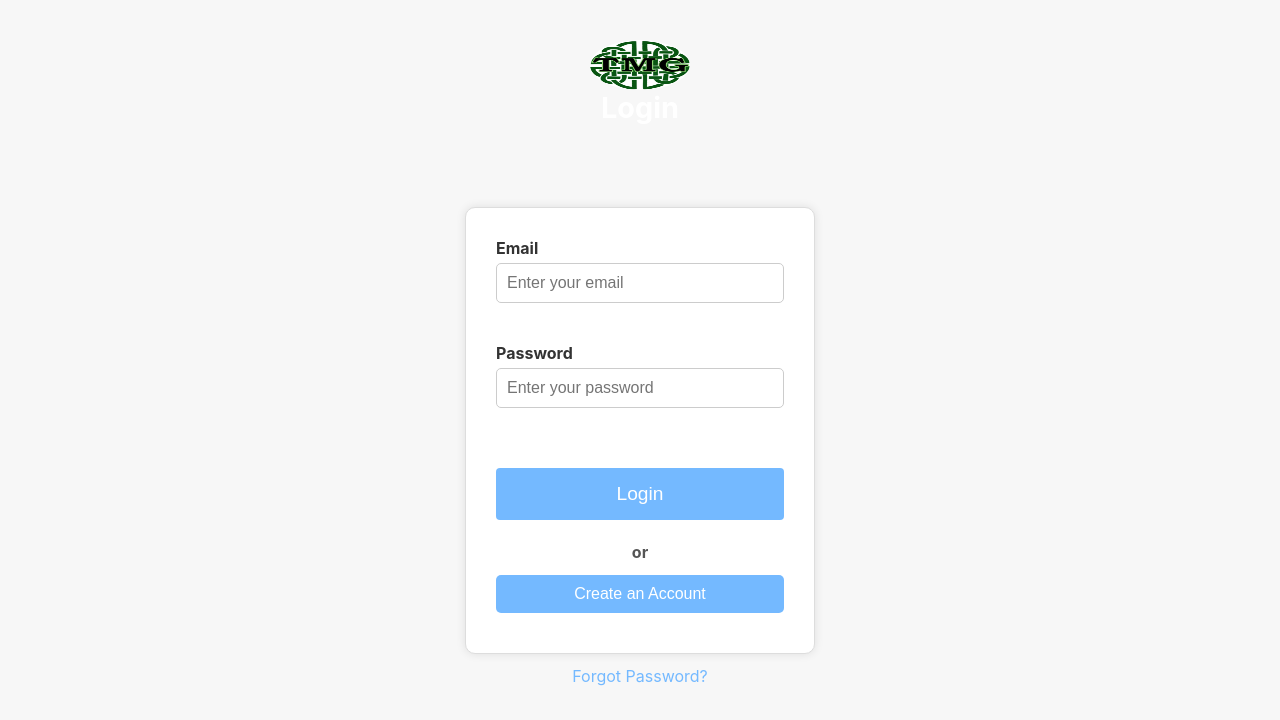
Repository: MachaGroup/MachaGroupIntegration
Page: /
An editor plug-in stored every save of this project. The page is shown before and after the next save, followed by the edit.
The browser window is 1280 px wide. The pictures show the whole page.
The project was rebuilt for these pictures with package versions that can differ from the ones it lists, and the page was loaded fresh each time. Also part of the build but not shown: src/Screens/FormInputPage.js, src/Screens/MainScreen.css, src/Screens/MainScreen.js, src/Screens/AboutUs.js, src/Screens/FAQ.js, src/firebaseConfig.js, src/Screens/ContactUs.js, src/Screens/Settings.css and 305 more.

Above is the page before, as saved 2024-12-02 16:40:51.

### public/index.html
<!DOCTYPE html>
<html lang="en">
  <head>
    <meta charset="utf-8" />
    <link rel="icon" href="%PUBLIC_URL%/MachaLogo.png" />
    <meta name="viewport" content="width=device-width, initial-scale=1" />
    <meta name="theme-color" content="#000000" />
    <meta
      name="description"
      content="Web site created using create-react-app"
    />
    <link rel="apple-touch-icon" href="%PUBLIC_URL%/logo192.png" />
    <!--
      manifest.json provides metadata used when your web app is installed on a
      user's mobile device or desktop. See https://developers.google.com/web/fundamentals/web-app-manifest/
    -->
    <link rel="manifest" href="%PUBLIC_URL%/manifest.json" />
    <!--
      Notice the use of %PUBLIC_URL% in the tags above.
      It will be replaced with the URL of the `public` folder during the build.
      Only files inside the `public` folder can be referenced from the HTML.

      Unlike "/favicon.ico" or "favicon.ico", "%PUBLIC_URL%/favicon.ico" will
      work correctly both with client-side routing and a non-root public URL.
      Learn how to configure a non-root public URL by running `npm run build`.
    -->
    <title>Macha Group Web App</title>
  </head>
  <body>
    <noscript>You need to enable JavaScript to run this app.</noscript>
    <div id="root"></div>
    <!--
      This HTML file is a template.
      If you open it directly in the browser, you will see an empty page.

      You can add webfonts, meta tags, or analytics to this file.
      The build step will place the bundled scripts into the <body> tag.

      To begin the development, run `npm start` or `yarn start`.
      To create a production bundle, use `npm run build` or `yarn build`.
    -->
  </body>
</html>

### src/Screens/Login.css
/* Main container styling */
h1 {
  padding-bottom: 15px;
}

.logo{
  width: 300px;  /* Adjust size as needed */
  margin-bottom: 15px;  /* Spacing below the logo */
}
.login-container {
  display: flex;
  flex-direction: column;
  align-items: center;
  justify-content: center;
  height: 100vh;
  background-color: #f7f7f7;
  padding: 20px;
}
.password-container {
  position: relative;
  display: flex;
  align-items: center;
}

.password-container input {
  width: 100%;
  padding-right: 30px; /* Space for the eye icon */
}

.password-toggle {
  position: absolute;
  right: 10px;
  cursor: pointer;
  font-size: 1.2em;
  display: flex;
  align-items: center; /* Ensures icon centers vertically */
  height: 100%; /* Matches the height of the input for better alignment */
}


/* Form container */
form {
  display: flex;
  flex-direction: column;
  width: 350px; /* Increased width */
  background-color: #fff;
  padding: 30px; /* Increased padding */
  border: 1px solid #ddd;
  border-radius: 10px;
  box-shadow: 0 0 10px rgba(0, 0, 0, 0.1);
}

/* Form group */
.form-group {
  margin-bottom: 15px;
}

.form-group label {
  display: block;
  margin-bottom: 5px;
  color: #333;
}

.form-group input {
  width: 100%;
  padding: 10px;
  border: 1px solid #ccc;
  border-radius: 5px;
}

/* Button styling */
button {
  width: 100%;
  padding: 10px;
  background-color: #74b9ff;
  color: white;
  border: none;
  border-radius: 5px;
  cursor: pointer;
  font-size: 1em;
  margin-bottom: 10px; /* Spacing between buttons */
}

button:hover {
  background-color: #1b578c;
}

/* "or" text styling */
.or-text {
  text-align: center;
  color: #555;
  margin: 10px 0; /* Spacing between buttons */
  font-weight: bold;
}

/* Link and paragraph styling */
p {
  margin-top: 15px;
  color: #555;
  text-align: center;
}

a {
  color: #74b9ff;
  text-decoration: none;
}

a:hover {
  text-decoration: underline;
}

### src/Screens/FormInputPage.css
/* General Layout */
.form-page {
  display: flex;
  flex-direction: column;
  align-items: center;
  justify-content: flex-start;
  background-color: #f0f0f0;
  min-height: 100vh;
  padding: 20px;
  box-sizing: border-box;
}

/* Header Styling */
.header {
  display: flex;
  flex-direction: column;
  align-items: center;
  margin-bottom: 10px;
}

h1 {
  font-size: 2em;
  color: #333;
}

.logo {
  width: 50px;
  height: 50px;
  margin-top: 10px;
}

/* Back Button Styling */
.back-button-container {
  align-self: flex-start;
  margin-bottom: 20px;
}

.back-button {
  background: none;
  border: none;
  font-size: 2em;
  cursor: pointer;
  color: #333;
}

/* Form Container Styling */
.form-container {
  background-color: white;
  padding: 30px;
  border-radius: 8px;
  box-shadow: 0 4px 8px rgba(0, 0, 0, 0.1);
  width: 70%; /* Expanded to fit more screen width */
  max-width: 900px; /* Cap the width on large screens */
  box-sizing: border-box;
}

/* Form Sections */
.form-section {
  display: flex;
  flex-direction: column; /* Stack label above button */
  align-items: center; /* Center both the label and button */
  margin-bottom: 15px;
  width: 100%; /* Make sure the button takes the full container width */
}

.form-section label {
  font-size: 1em;
  color: #333;
  margin-bottom: 10px; /* Add space between the label and button */
  text-align: center; /* Center the label */
  width: 100%; /* Make the label take the full width */
}

/* Form Button Styling - Same as Save/Submit Buttons */
.form-button {
  width: 100%; /* Full width to match Save/Submit buttons */
  padding: 15px;
  background-color: #74b9ff; /* Matches Save/Submit buttons */
  color: white;
  border: none;
  border-radius: 4px;
  cursor: pointer;
  font-size: 1em;
  transition: background-color 0.3s ease;
}

.form-button:hover {
  background-color: #0984e3; /* Hover color */
}

/* Save Button Styling */
.save-button {
  width: 100%;
  padding: 15px;
  background-color: #74b9ff;
  color: white;
  border: none;
  border-radius: 4px;
  cursor: pointer;
  font-size: 1em;
  margin-top: 15px;
}

.save-button:hover {
  background-color: #0984e3;
}

/* Submit Button Styling */
.submit-button {
  width: 100%;
  padding: 15px;
  background-color: #74b9ff;
  color: white;
  border: none;
  border-radius: 4px;
  cursor: pointer;
  font-size: 1em;
  margin-top: 15px;
}

.submit-button:hover {
  background-color: #0984e3;
}

### src/Screens/AboutUs.css
/* General Page Styling */
.about-page {
    background-color: white; /* Set the background color to white */
    min-height: 100vh;
    padding: 20px;
    box-sizing: border-box;
  }

  /* Header Styling */
  .header {
    display: flex;
    justify-content: space-between; /* Align title to the left, logo to the right */
    align-items: center;
    width: 100%;
    padding: 20px;
    background-color: #b0d3e6;
    border-bottom: 1px solid #ddd;
  }

  .title {
    font-size: 2em;
    color: #333;
    margin: 0;
  }

  .logo {
    width: 100px;
    height: 100px;
    border-radius: 50%;
  }


  /* About Container Styling */
  .about-container {
    background-color: white;
    padding: 20px;
    border-radius: 10px;
    box-shadow: 0px 4px 10px rgba(0, 0, 0, 0.1);
    width: 100%;
    max-width: 800px;
    margin: 20px auto; /* Center the about section */
  }

  .back-button {
    margin-top: 20px; /* Add space between header and back button */
    background: none;
    border: none;
    font-size: 2em;
    cursor: pointer;
    color: #333;
    padding: 5px 10px;
    text-align: left; /* Align button to the left */
    padding-left: 20px; /* Add padding to the left */
  }

  h2 {
    text-align: center;
    margin-bottom: 20px;
    color: #333;
  }

  .about-content h3 {
    margin-top: 15px;
    color: #333;
  }

  ul {
    list-style-type: none;
    padding-left: 0;
  }

  ul li {
    margin: 5px 0;
  }

  p {
    margin: 10px 0;
    color: #333;
    line-height: 1.6;
  }

  strong {
    font-weight: bold;
  }

### src/Screens/FAQ.css
/* Reset all elements to remove any padding or margin affecting layout */
* {
    margin: 0;
    padding: 0;
    box-sizing: border-box;
  }

  /* General styling for body and html */
  body, html {
    width: 100%;
    height: 100%;
    margin: 0;
    padding: 0;
    overflow-x: hidden; /* Prevent horizontal scrollbars */
  }

  /* Full-width Header Styling */
  .header {
    display: flex;
    justify-content: space-between; /* Align title to the left, logo to the right */
    align-items: center;
    width: 100%; /* Ensure full width across the screen */
    padding: 15px; /* Padding inside the header */
    background-color: #b0d3e6; /* Light blue background */
    box-sizing: border-box;
    margin: 0 auto; /* Center the header, just in case */
  }

  /* Title Styling */
  .title {
    font-size: 2em;
    color: #333;
    text-align: left;
    flex-grow: 1; /* Allow title to take the available space */
  }

  /* Logo Styling */
  .logo {
    width: 60px;
    height: 60px;
    border-radius: 50%;
  }

  /* Back Button Styling */
  .back-button {
    background: none;
    border: none;
    font-size: 1.8em;
    cursor: pointer;
    color: #333;
  }

  /* Responsive Container for FAQ */
  .faq-container {
    background-color: white;
    padding: 20px;
    border-radius: 10px;
    box-shadow: 0px 4px 10px rgba(0, 0, 0, 0.1);
    width: 90%; /* Take up most of the screen, but not the full width */
    max-width: 1000px; /* Limit max width for larger screens */
    margin: 20px auto;
    text-align: center;
  }

  /* Input Container Styling */
  .input-container {
    width: 100%;
    max-width: 1000px;
    margin: 20px auto;
    padding: 0 10px;
  }

  .question-input {
    width: 100%;
    height: 200px;
    padding: 15px;
    font-size: 1em;
    border: 1px solid #ccc;
    border-radius: 5px;
    box-sizing: border-box;
    resize: vertical;
  }

  /* Responsive Header Styling */
  @media (max-width: 768px) {
    .header {
      padding: 10px;
    }

    .title {
      font-size: 1.5em;
    }

    .logo {
      width: 40px;
      height: 40px;
    }

    .back-button {
      font-size: 1.5em;
    }

    .faq-container {
      width: 95%; /* Adjust for small screens */
    }
  }

  @media (min-width: 769px) {
    .header {
      padding: 20px; /* Increase padding for desktop */
    }

    .title {
      font-size: 2.5em;
    }

    .logo {
      width: 70px;
      height: 70px; /* Larger logo for desktop */
    }

    .back-button {
      font-size: 2em;
    }
  }

### src/Screens/ContactUs.css
/* General Page Styling */
.contact-us-page {
    background-color: white;
    min-height: 100vh;
    padding: 20px;
    box-sizing: border-box;
    display: flex;
    flex-direction: column;
    align-items: center; /* Center content horizontally */
  }

  /* Header Styling */
  .header {
    display: flex;
    justify-content: space-between;
    align-items: center;
    background-color: #b0d3e6;
    padding: 10px;
    width: 100%;
    max-width: 800px; /* Ensure the header stays within the container width */
    box-sizing: border-box;
  }

  /* Back Button Styling */
  .back-button {
    background: none;
    border: none;
    font-size: 2em;
    cursor: pointer;
    color: #333;
  }

  /* Title Styling */
  .title {
    font-size: 1.8em;
    color: #333;
    margin: 0;
  }

  /* Logo Styling */
  .logo {
    width: 100px;
    height: 100px;
    border-radius: 50%;
  }

  /* Form Container */
  .form-container {
    background-color: white;
    padding: 20px;
    border-radius: 10px;
    box-shadow: 0px 4px 10px rgba(0, 0, 0, 0.1);
    width: 100%;
    max-width: 800px;
    box-sizing: border-box;
    display: flex;
    flex-direction: column;
    align-items: center; /* Center the form fields */
  }

  /* Form Styling */
  .contact-form {
    width: 100%; /* Form takes up full container width */
    display: flex;
    flex-direction: column;
    align-items: center; /* Center form fields horizontally */
  }

  .form-row {
    width: 100%; /* Make sure each row takes up the full width */
    display: flex;
    justify-content: space-between;
    margin-bottom: 15px;
  }

  .form-row input,
  .form-row textarea {
    width: 100%; /* Full width for inputs */
    padding: 10px;
    font-size: 1em;
    border: 1px solid #ccc;
    border-radius: 5px;
    box-sizing: border-box;
  }

  .form-row input {
    margin-bottom: 10px; /* Add space between input fields */
  }

  textarea {
    resize: none;
  }

  /* File Upload Styling */
  .file-upload {
    display: flex;
    justify-content: center; /* Center the upload label */
    align-items: center;
    width: 100%;
    margin-left: 10px;
  }

  .file-upload input[type="file"] {
    display: none;
  }

  .file-upload label {
    display: inline-block;
    padding: 10px 20px;
    background-color: #74b9ff;
    color: white;
    border-radius: 5px;
    cursor: pointer;
    transition: background-color 0.3s;
  }

  .file-upload label:hover {
    background-color: #0984e3;
  }

  /* Submit Button Styling */
  .submit-button {
    background-color: #74b9ff;
    color: white;
    padding: 10px;
    border: none;
    border-radius: 5px;
    cursor: pointer;
    font-size: 1.2em;
    margin-top: 15px;
    transition: background-color 0.3s;
  }

  .submit-button:hover {
    background-color: #0984e3;
  }

### src/Screens/Pricing.css
/* General Reset */
* {
    margin: 0;
    padding: 0;
    box-sizing: border-box;
  }

  /* Container */
  .pricing-container {
    width: 100%;
    text-align: center;
    padding: 20px;
  }

  /* Header */
  .header {
    display: flex;
    justify-content: space-between;
    align-items: center;
    padding: 15px;
    background-color: #b0d3e6;
  }

  .title {
    font-size: 2em;
    color: #333;
  }

  .logo {
    width: 100px;
    height: 100px;
  }

  .back-button {
    background: none;
    border: none;
    font-size: 1.8em;
    cursor: pointer;
    color: #333;
  }

  /* Pricing Plans */
  .pricing-plans {
    display: flex;
    justify-content: space-between;
    margin: 20px 0;
    flex-wrap: wrap;
  }

  .pricing-card {
    background-color: #f0f4f8;
    padding: 20px;
    width: 30%;
    border-radius: 10px;
    box-shadow: 0px 4px 8px rgba(0, 0, 0, 0.1);
    text-align: center;
  }

  .pricing-card h2 {
    font-size: 1.5em;
    margin-bottom: 10px;
  }

  .pricing-card h3 {
    font-size: 2em;
    margin-bottom: 10px;
  }

  .pricing-card ul {
    list-style: none;
    margin-bottom: 10px;
  }

  .pricing-card ul li {
    font-size: 1em;
    margin-bottom: 5px;
  }

  .get-started {
    background-color: #4CAF50;
    color: white;
    padding: 10px 15px;
    border: none;
    border-radius: 5px;
    cursor: pointer;
    transition: background-color 0.3s;
  }

  .get-started:hover {
    background-color: #45a049;
  }

  /* Comparison Table */
  .comparison-table {
    margin: 20px 0;
    overflow-x: auto; /* Add horizontal scrolling on small screens */
  }

  table {
    width: 100%;
    border-collapse: collapse;
    table-layout: fixed; /* Ensure table columns have equal width */
  }

  th, td {
    padding: 15px;
    border: 1px solid #ddd;
    text-align: center;
    white-space: nowrap; /* Prevent text from wrapping in table cells */
  }

  th {
    background-color: #f0f4f8;
    font-weight: bold;
  }

  td {
    background-color: #ffffff;
  }

  table th, table td {
    min-width: 120px; /* Set a minimum width for each column */
  }

  @media (max-width: 768px) {
    .pricing-plans {
      flex-direction: column; /* Stack plans vertically on small screens */
    }

    .pricing-card {
      width: 100%; /* Make pricing cards take full width on mobile */
      margin-bottom: 20px;
    }
  }

### src/Screens/SurveillanceSystems.css
/* General Layout */
.form-page {
  display: flex;
  flex-direction: column;
  align-items: center;
  justify-content: flex-start;
  background-color: #f7f7f7;
  min-height: 100vh;
  padding: 20px;
  box-sizing: border-box;
  font-family: Arial, sans-serif;
}

/* Header Styling */
.header {
  display: flex;
  flex-direction: column;
  align-items: center;
  margin-bottom: 20px;
}

h1 {
  font-size: 2em;
  color: #333;
  text-align: center;
}

.logo {
  width: 50px;
  height: 50px;
  margin-top: 10px;
}

/* Form Container Styling */
.form-container {
  background-color: white;
  padding: 30px;
  border-radius: 8px;
  box-shadow: 0 4px 8px rgba(0, 0, 0, 0.1);
  width: 100%;
  max-width: 900px;
  box-sizing: border-box;
  margin-bottom: 20px;
}

h2 {
  font-size: 1.5em;
  color: #333;
  margin-bottom: 15px;
}

label {
  display: block;
  font-size: 1em;
  color: #333;
  margin-bottom: 5px;
  text-align: left;
}

/* Increased spacing between form sections */
.form-section {
  margin-bottom: 30px; /* Increased space between questions */
  display: flex;
  flex-direction: column;
  align-items: center; /* Center the inputs */
  text-align: left;
}

/* Input Fields Styling */
input[type="text"],
textarea,
input[type="radio"] {
  display: block;
  width: 100%;
  padding: 12px; /* Increased padding for inputs */
  font-size: 1em;
  border: 1px solid #ccc;
  border-radius: 4px;
  margin-top: 10px; /* Added margin to ensure space from question text */
  margin-bottom: 20px; /* Add space below the input fields */
  box-sizing: border-box;
  max-width: 600px; /* Limit the width of the input fields */
}

textarea {
  resize: vertical;
  height: 100px;
}

input[type="radio"] {
  width: auto;
  margin-right: 10px;
}

/* Align radio buttons and labels horizontally */
.form-section div {
  display: flex;
  align-items: center;
  justify-content: flex-start;
}

.form-section div input[type="radio"] {
  margin-right: 5px;
}

.form-section div label {
  margin-right: 15px;
}

/* Form Button Styling */
.form-button {
  padding: 10px 20px;
  background-color: #74b9ff;
  color: white;
  border: none;
  border-radius: 4px;
  cursor: pointer;
  font-size: 1em;
  transition: background-color 0.3s ease;
}

.form-button:hover {
  background-color: #1b578c;
}

/* Submit Button Styling */
button[type="submit"] {
  width: 100%;
  padding: 15px;
  background-color: #74b9ff;
  color: white;
  border: none;
  border-radius: 4px;
  cursor: pointer;
  font-size: 1.2em;
  margin-top: 20px;
}

button[type="submit"]:hover {
  background-color: #1b578c;
}

/* Back Button Styling */
.back-button {
  background: none;
  border: none;
  font-size: 1.5em;
  cursor: pointer;
  color: #333;
  margin-bottom: 20px;
}

.back-button:hover {
  color: #0984e3;
}

/* Spacing between lines and after input fields */
.form-section + .form-section {
  margin-top: 10px; /* Add space between questions */
}

input,
textarea {
  margin-bottom: 20px; /* Space between input areas and the words after them */
}

/* Responsiveness */
@media (max-width: 768px) {
  .form-container {
    width: 90%;
    padding: 20px;
  }

  h1 {
    font-size: 1.5em;
  }

  h2 {
    font-size: 1.2em;
  }
}

### src/Screens/CreateanAccount.css
/* Main container for the form */
.create-account-container {
  display: flex;
  flex-direction: column;
  align-items: center;
  padding: 20px;
  font-family: Arial, sans-serif;
}

/* Back button styling */
.back-button {
  align-self: flex-start;
  font-size: 24px;
  background: none;
  border: none;
  cursor: pointer;
  color: #333;
  margin-bottom: 10px;
}

/* Title styling */
.create-account-title {
  font-size: 32px;
  font-weight: bold;
  color: #4A79E8;
  margin-bottom: 20px;
}

/* Form styling */
.account-form {
  width: 100%;
  max-width: 500px;
  display: flex;
  flex-direction: column;
  align-items: center;
  border: 1px solid #ddd;
  padding: 20px;
  border-radius: 8px;
  background-color: #f9f9f9;
  box-shadow: 0px 4px 8px rgba(0, 0, 0, 0.1);
}

/* Grouping each input field with label */
.form-group {
  width: 100%;
  margin-bottom: 20px;
}

label {
  font-weight: bold;
  margin-bottom: 5px;
  display: block;
  color: #333;
}

input {
  width: 100%;
  padding: 10px;
  font-size: 16px;
  border: 1px solid #ddd;
  border-radius: 5px;
  box-sizing: border-box;
}

/* Styling for the address section */
.address-section {
  width: 100%;
  margin-top: 20px;
}

.address-section h3 {
  font-weight: bold;
  margin-bottom: 10px;
  color: #4A79E8;
}

/* Grid styling for the address input fields */
.address-inputs {
  display: grid;
  grid-template-columns: 1fr 1fr;
  gap: 15px;
  width: 100%;
}

/* Full-width button styling */
.create-account-button {
  width: 100%;
  padding: 10px;
  margin-top: 20px;
  background-color: #4A79E8;
  color: white;
  font-weight: bold;
  font-size: 18px;
  border: none;
  border-radius: 5px;
  cursor: pointer;
  transition: background-color 0.3s ease;
}

.create-account-button:hover {
  background-color: #3a5bb5;
}

/* Link styling */
.skip-link, .cancel-link {
  color: #4A79E8;
  text-decoration: none;
  margin-top: 10px;
  font-size: 14px;
  cursor: pointer;
}

.skip-link:hover, .cancel-link:hover {
  text-decoration: underline;
}

### src/Screens/ForgotPassword.css
/* General Layout */
.form-page {
    display: flex;
    flex-direction: column;
    align-items: center;
    justify-content: flex-start;
    background-color: #f7f7f7;
    min-height: 100vh;
    padding: 20px;
    box-sizing: border-box;
    font-family: Arial, sans-serif;
}

/* Header Styling */
.header {
    display: flex;
    align-items: center;
    justify-content: space-between; /* Space between back button and menu button */
    width: 100%;
    background-color: #74b9ff; /* Blue background color */
    color: white;
    padding: 10px 20px; /* Padding for spacing */
    box-sizing: border-box;
    position: relative; /* Ensure positioning for menu button */
}

h1 {
    font-size: 1.8em;
    color: white;
    margin: 0; /* Remove default margin */
    text-align: center;
    flex-grow: 1; /* Allow title to take space between buttons */
    position: relative;
}

/* Place logo below the title */
.logo {
    width: 100px;
    height: 50px;
    margin: 20px auto 0; /* Center and add spacing */
    display: block;
}

/* Navbar Styling */
.navbar {
    display: flex;
    align-items: center;
    position: absolute;
    top: 50%; /* Center vertically */
    right: 20px; /* Position in the top-right corner */
    transform: translateY(-50%); /* Center vertically */
}

.menu-button {
    display: flex;
    flex-direction: column;
    justify-content: space-between;
    width: 30px;
    height: 30px; /* Make the button a square */
    background: none;
    border: 1px solid white; /* Add a white border for the square appearance */
    border-radius: 4px; /* Optional for slightly rounded corners */
    cursor: pointer;
    outline: none;
    align-items: center; /* Center the lines horizontally */
    padding: 5px;
    box-sizing: border-box;
}

.menu-button div {
    width: 20px; /* Adjust the width of the lines */
    height: 3px; /* Adjust the thickness of the lines */
    background-color: white; /* White lines for contrast */
    border-radius: 2px;
    transition: transform 0.3s;
}

.menu {
    display: none;
    position: absolute;
    top: 40px; /* Below the button */
    right: 0;
    background-color: #fff;
    border: 1px solid #ddd;
    border-radius: 5px;
    box-shadow: 0 2px 5px rgba(0, 0, 0, 0.15);
    width: 200px;
    z-index: 1000;
}

.menu.open {
    display: block;
}

.menu ul {
    list-style: none;
    padding: 0;
    margin: 0;
}

.menu li {
    padding: 10px 15px;
    border-bottom: 1px solid #ddd;
    cursor: pointer;
}

.menu li:last-child {
    border-bottom: none;
}

.menu li a {
    color: black; /* Black font for dropdown items */
    text-decoration: none;
    display: block;
}

.menu li a:hover {
    background-color: #f4f4f4;
}

/* Back Button Styling */
.back-button-container {
    display: inline-flex; /* Ensures container does not take the full width */
    align-items: center;
    justify-content: center; /* Centers the back button inside */
    width: 5px; /* Prevent the container from taking the full width */
}

.back-button {
    background: none;
    border: none;
    font-size: 1.5em;
    cursor: pointer;
    color: white;
    padding: 5px; /* Ensure only 5px padding around the button */
    border-radius: 5px; /* Optional for rounded edges */
    transition: background-color 0.3s ease; /* Smooth transition for hover */
}

.back-button:hover {
    background-color: rgba(0, 0, 0, 0.1); /* Darkens only the button's area */
    color: #dfe6e9;
}


/* Responsiveness */
@media (max-width: 768px) {
    .header {
        flex-wrap: wrap;
    }

    h1 {
        font-size: 1.2em;
    }

    .logo {
        width: 40px; /* Adjust logo size for smaller screens */
    }
}

Loaded but not shown: src/index.js (common file); src/index.css (common file); src/reportWebVitals.js (common file); src/App.css (common file); src/App.js (746 lines, source omitted); src/Context/BuildingContext.js (76 lines, source omitted); src/Screens/Login.js (96 lines, source omitted); src/Screens/FormQuestions.css (159 lines, source omitted)

After the next save:
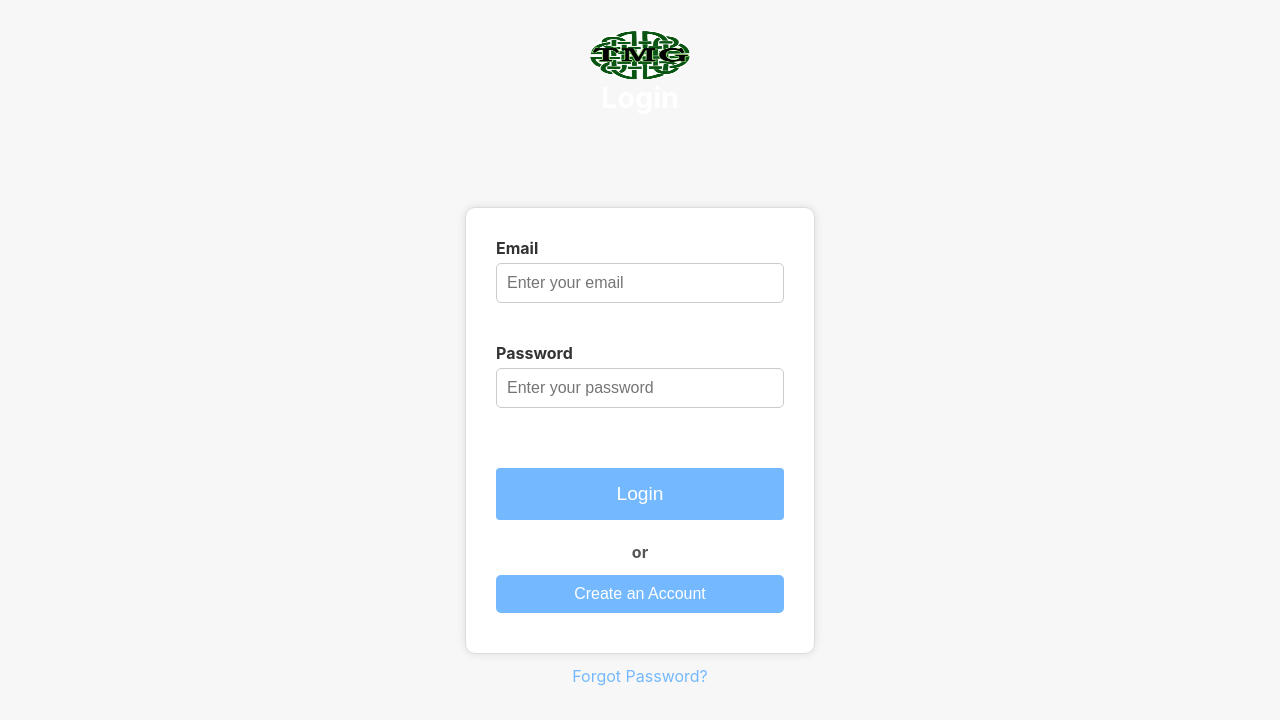
Saved 7 s later.
--- a/src/Screens/ForgotPassword.css
+++ b/src/Screens/ForgotPassword.css
@@ -37,7 +37,7 @@
 .logo {
     width: 100px;
     height: 50px;
-    margin: 20px auto 0; /* Center and add spacing */
+    margin: 10px auto 0; /* Center and add spacing */
     display: block;
 }
 
